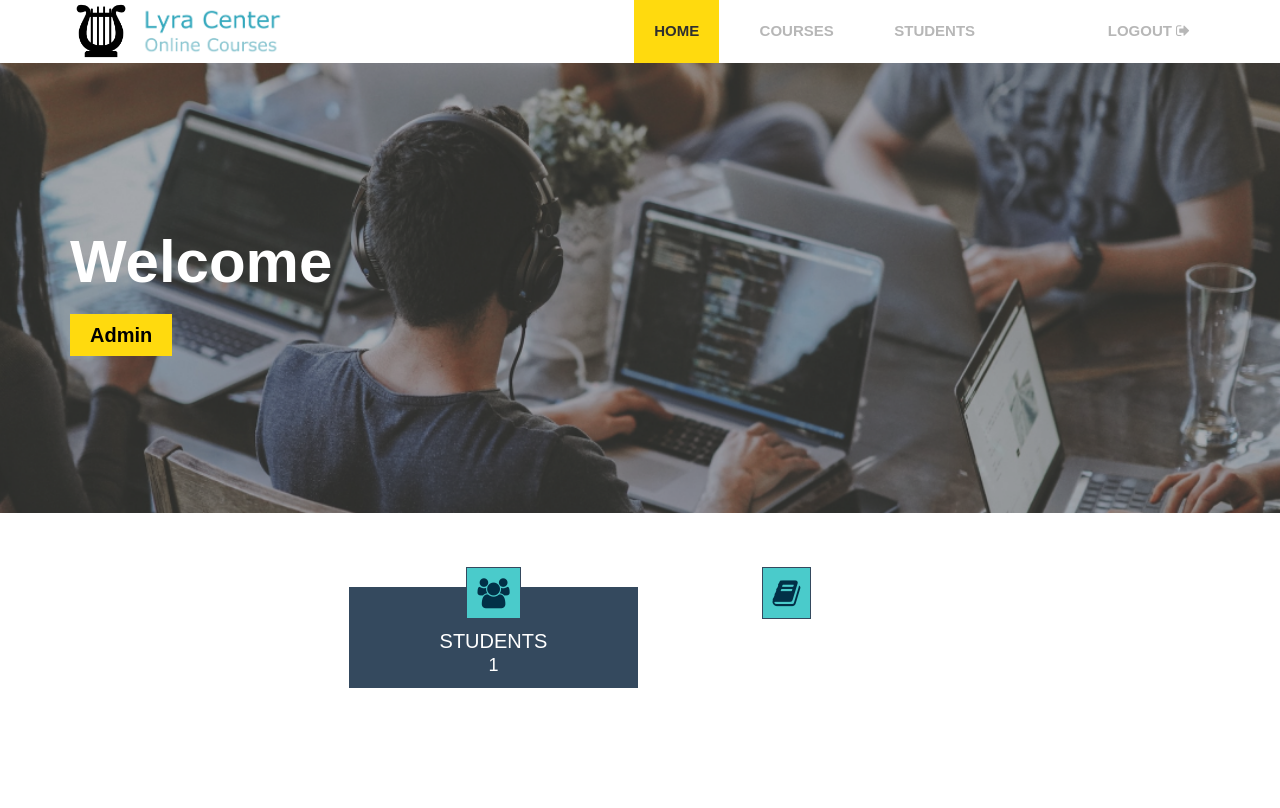
Repository: jersmaecrz/lyra-center
Page: aHome.html
The author's editor kept a copy of each file at every save. The page is drawn from the files as they stood at one save, then again after the next save.
The browser window is 1280 px wide. The pictures show the whole page.
Some web fonts or font styles are not loaded; a fallback is used.

Above is the page before, as saved 2022-12-03 21:57:56.

After the next save:
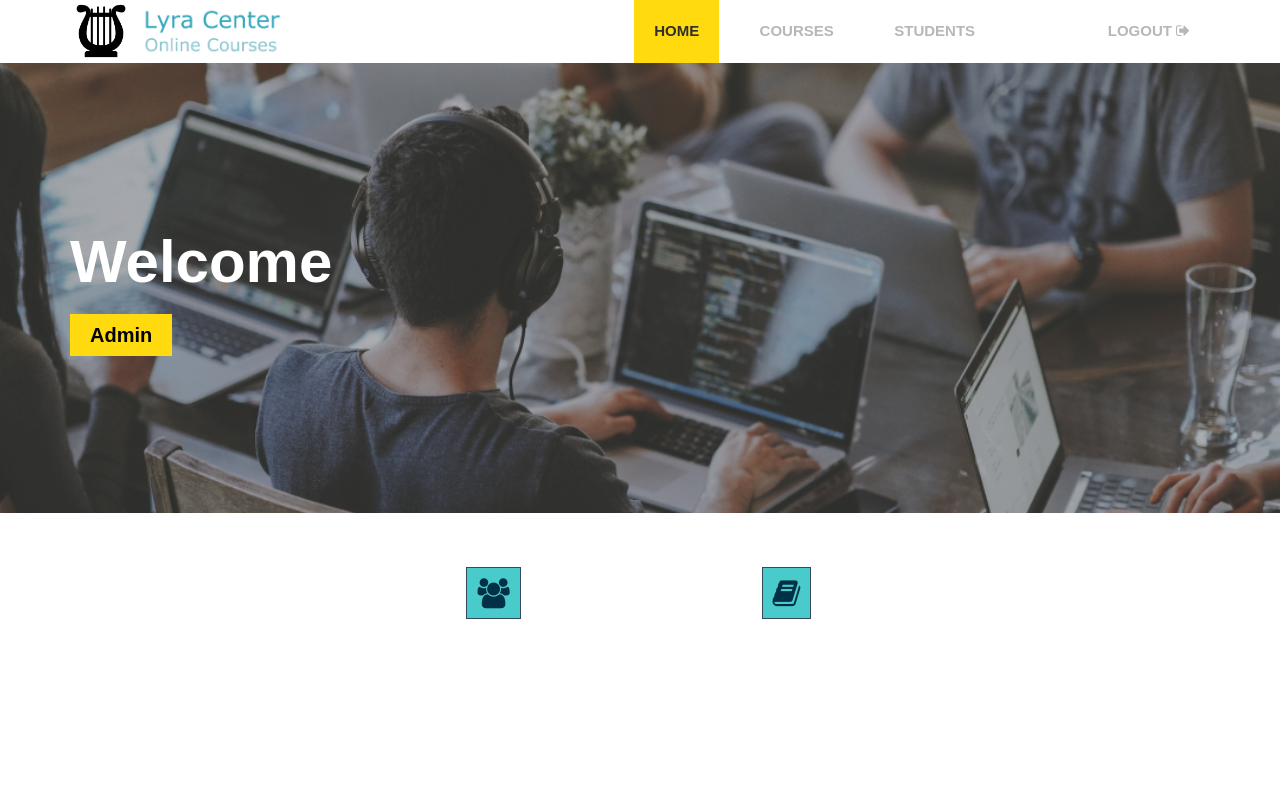
Saved 5 s later.
--- a/aHome.html
+++ b/aHome.html
@@ -92,7 +92,7 @@
     <div class="row">
             <div class="col-lg-12">
                 <div class="main-section normal__breadcrumb__text">
-                    <div class="dashboard blue">
+                    <div class="dashboard blueD">
                         <div class="icon-section">
                             <i class="icon fa fa-users" aria-hidden="true"></i><br>
                             <h3>STUDENTS</h3>
